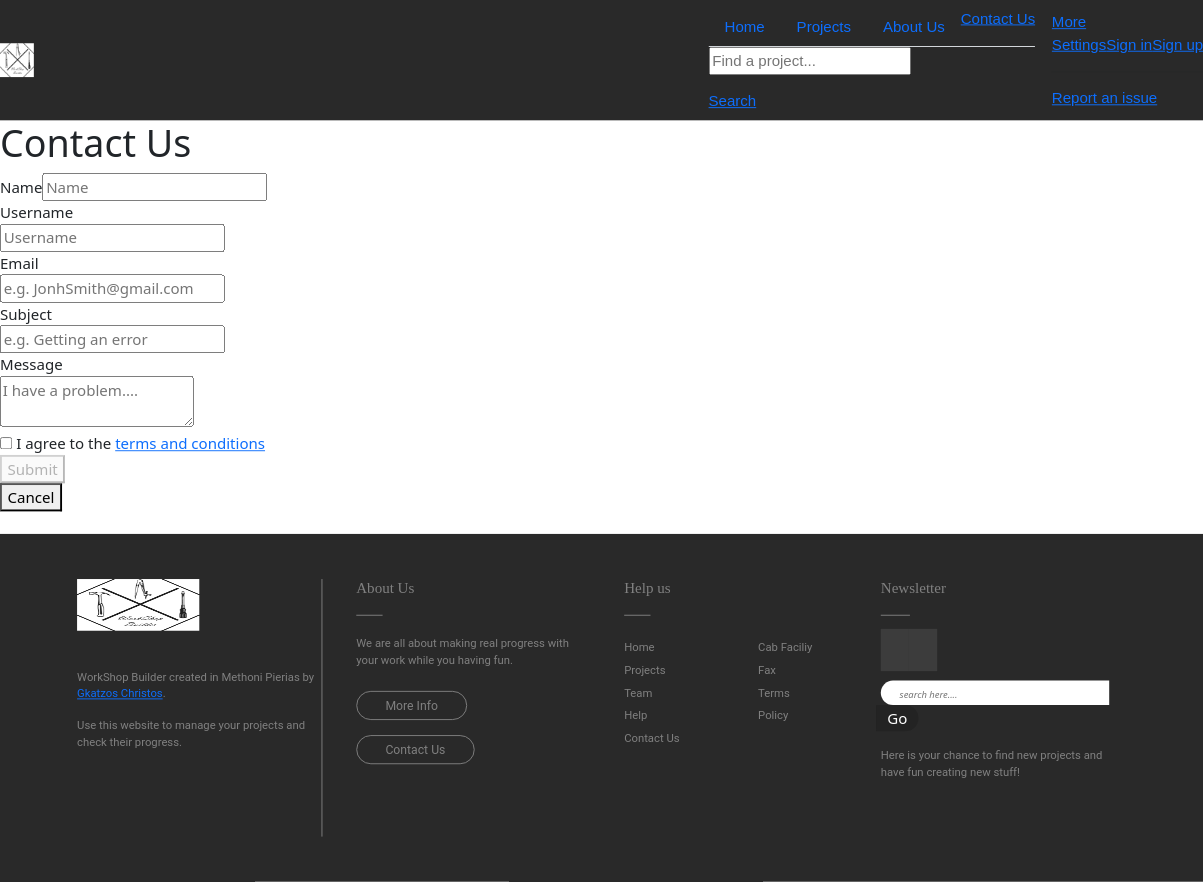
Repository: GkatzosChristos/workshop-builder-ui
Page: /contactUs (app in workshop-builder-ui/)
An editor plug-in stored every save of this project. The page is shown before and after the next save, followed by the edit.
The browser window is 1280 px wide. The pictures show the whole page, at 94% of full size.
The project was rebuilt for these pictures with package versions that can differ from the ones it lists, and the page was loaded fresh each time. Also part of the build but not shown: workshop-builder-ui/angular.json, workshop-builder-ui/src/app/about-us/about-us.component.ts, workshop-builder-ui/src/app/home/home.component.ts, workshop-builder-ui/src/app/project/project.component.ts.

Above is the page before, as saved 2021-08-27 16:40:34.

### workshop-builder-ui/src/index.html
<!doctype html>
<html lang="en">
<head>
  <meta charset="utf-8">
  <title>WorkshopBuilderUI</title>
  <base href="/">
  <meta name="viewport" content="width=device-width, initial-scale=1">
  <link rel="icon" type="image/x-icon" href="favicon.ico">
</head>

<body>
  <app-root></app-root>
</body>

</html>

### workshop-builder-ui/src/app/app.module.ts
import { NgModule } from '@angular/core';
import { BrowserModule } from '@angular/platform-browser';
import { FormsModule } from '@angular/forms';
import { AppRoutingModule } from './app-routing.module';
import { AppComponent } from './app.component';
import { HeaderComponent } from './header/header.component';
import { FooterComponent } from './footer/footer.component';
import { ContactUsComponent } from './contact-us/contact-us.component';
import { AboutUsComponent } from './about-us/about-us.component';
import { ProjectsComponent } from './project/project.component';
import { HomeComponent } from './home/home.component';

@NgModule({
  declarations: [
    AppComponent,
    HeaderComponent,
    FooterComponent,
    ContactUsComponent,
    AboutUsComponent,
    ProjectsComponent,
    HomeComponent
  ],
  imports: [
    BrowserModule,
    AppRoutingModule,
    FormsModule
  ],
  providers: [],
  bootstrap: [AppComponent]
})
export class AppModule { }

### workshop-builder-ui/src/app/app-routing.module.ts
import { NgModule } from '@angular/core';
import { RouterModule, Routes } from '@angular/router';
import { AboutUsComponent } from './about-us/about-us.component';
import { ContactUsComponent } from './contact-us/contact-us.component';
import { HomeComponent } from './home/home.component';
import { ProjectsComponent } from './project/project.component';

const routes: Routes = [
  {
    path: '',
    component: HomeComponent
  },
  {
    path: 'contactUs',
    component: ContactUsComponent
  },
  {
    path: 'aboutUs',
    component: AboutUsComponent
  },
  {
    path: 'projects',
    component: ProjectsComponent
  },
];

@NgModule({
  imports: [RouterModule.forRoot(routes)],
  exports: [RouterModule]
})
export class AppRoutingModule { }

### workshop-builder-ui/src/app/app.component.ts
import { Component } from '@angular/core';

@Component({
  selector: 'app-root',
  templateUrl: './app.component.html',
  styleUrls: ['./app.component.scss']
})
export class AppComponent {
  title = 'workshop-builder-ui';
}

### workshop-builder-ui/src/app/contact-us/contact-us.component.ts
import { Component, OnInit } from '@angular/core';
import { FormGroup } from '@angular/forms';

@Component({
  selector: 'app-contact-us',
  templateUrl: 'contact-us.html',
  styles: [
  ]
})
export class ContactUsComponent implements OnInit {
  name: string='';
  username: string='';
  email: string='';
  subject: string='';
  message: string='';


  constructor() { }

  ngOnInit(): void {
  }

  submitForm(){
    const result = `${this.name}, your submission was successful! We will contact you at ${this.email} as soon as possible!`;
    alert(result);
  }

  onReset(){
    location.reload();
  }

}

### workshop-builder-ui/src/app/header/header.component.html
<head>
    <title>header</title>
    <meta charset="utf-8">
</head>
<header>
    <nav class="navbar" role="navigation" aria-label="main navigation">
        <div class="navbar-brand">
            <a class="navbar-item" routerLink="/">
                <img src="/assets/images/workshop_logo.jpg" alt="WorkShop Builder">
            </a>
        </div>
        <div id="navbar" class="navbar-menu has-text-centered">
            <ul class="nav nav-tabs">
                <li class="nav-item">
                    <a class="nav-link" routerLink="/"><i class="fa fa-home mr-1"
                            aria-hidden="true"></i>Home</a>
                </li>
                <li class="nav-item">
                    <a class="nav-link" routerLink="/projects"><i class="fa fa-tasks mr-1"
                            aria-hidden="true"></i>Projects</a>
                </li>
                <li class="nav-item">
                    <a class="nav-link" routerLink="/aboutUs"><i class="fa fa-building mr-1"
                            aria-hidden="true"></i>About Us</a>
                </li>
                <li class="nav-item">
                    <a class="navbar-item has-text-white " routerLink="/contactUs"><i class="fa fa-envelope mr-1"
                            aria-hidden="true"></i>Contact Us</a>
                </li>
            </ul>

            <div class="control has-addons">
                <p class="control is-expanded"><input class="input" type="text" placeholder="Find a project..."></p>
            </div>
            <div class="control">
                <a class="button is-light is-outlined">
                    Search
                </a>
            </div>
        </div>
        <div class="navbar-end">
            <div class="navbar-item has-dropdown is-hoverable">
                <a class="navbar-link has-text-white">
                    More
                </a>
                <div class="navbar-dropdown is-right has-background-dark ">
                    <a class="navbar-item has-text-white" href="#"><i class="fa fa-cog mr-1"
                            aria-hidden="true"></i>Settings</a>
                    <a class="navbar-item has-text-white" href="#"><i class="fa fa-sign-in mr-1"
                            aria-hidden="true"></i>Sign in</a>
                    <a class="navbar-item has-text-white" href="#"><i class="fa fa-user-plus mr-1"
                            aria-hidden="true"></i>Sign up</a>
                    <hr class="navbar-divider">
                    <a class="navbar-item has-text-white" href="/contactUs"><i class="fa fa-exclamation-triangle mr-1"
                            aria-hidden="true"></i>Report an issue</a>
                </div>
            </div>
        </div>
    </nav>
</header>

### workshop-builder-ui/src/app/header/header.component.scss
img {
    height: 5%;
    width: 5%;
}

nav {
    background: #292929;
}

header {
    font-family: 'Signika', sans-serif;
 }

### workshop-builder-ui/src/app/footer/footer.component.html
<head>
    <title>Footer</title>
    <meta charset="utf-8">
</head>
<footer class="container-fluid bg-grey py-5">
    <div class="container">
        <div class="row">
            <div class="col-md-6">
                <div class="row">
                    <div class="col-md-6 ">
                        <div class="logo-part">
                            <img src="/assets/images/workshop_logo.jpg" class="w-50 logo-footer">
                            <p>WorkShop Builder created in Methoni Pierias by <a
                                    href="https://www.linkedin.com/in/christos-gkatzos/">Gkatzos Christos</a>.</p>
                            <p>Use this website to manage your projects and check their progress.</p>
                        </div>
                    </div>
                    <div class="col-md-6 px-4">
                        <h6> About Us</h6>
                        <p>We are all about making real progress with your work while you having fun.</p>
                        <a href="#" class="btn-footer"> More Info </a><br>
                        <a href="#" class="btn-footer"> Contact Us</a>
                    </div>
                </div>
            </div>
            <div class="col-md-6">
                <div class="row">
                    <div class="col-md-6 px-4">
                        <h6> Help us</h6>
                        <div class="row ">
                            <div class="col-md-6">
                                <ul>
                                    <li> <a href="#"> Home</a> </li>
                                    <li> <a href="#"> Projects</a> </li>
                                    <li> <a href="#"> Team</a> </li>
                                    <li> <a href="#"> Help</a> </li>
                                    <li> <a href="#"> Contact Us</a> </li>
                                </ul>
                            </div>
                            <div class="col-md-6 px-4">
                                <ul>
                                    <li> <a href="#"> Cab Faciliy</a> </li>
                                    <li> <a href="#"> Fax</a> </li>
                                    <li> <a href="#"> Terms</a> </li>
                                    <li> <a href="#"> Policy</a> </li>
                                </ul>
                            </div>
                        </div>
                    </div>
                    <div class="col-md-6 ">
                        <h6> Newsletter</h6>
                        <div class="social">
                            <a href="#"><i class="fa fa-facebook mr-1" aria-hidden="true"></i></a>
                            <a href="#"><i class="fa fa-instagram" aria-hidden="true"></i></a>
                        </div>
                        <form class="form-footer my-3">
                            <input type="text" placeholder="search here...." name="search">
                            <input type="button" value="Go">
                        </form>
                        <p>Here is your chance to find new projects and have fun creating new stuff!</p>
                    </div>
                </div>
            </div>
        </div>
    </div>
</footer>

### workshop-builder-ui/src/app/footer/footer.component.scss
body {
    font-family: 'Signika', sans-serif;
 }
 .bg-grey {
    background: #292929;
 }
 .logo-footer {
    margin-bottom: 40px;
 }
 footer {
    color: grey;
 }
 footer p, a {
    font-size: 12px;
    font-family: 'Roboto', sans-serif;
}
footer h6 {
    font-family: 'Playfair Display', serif;
    margin-bottom: 40px;
    position: relative;
}
footer h6:after {
    position: absolute;
    content: "";
    background: grey;
    width: 12%;
    height: 1px;
    left: 0;
    bottom: -20px;
}
.btn-footer {
    color: grey;
    text-decoration: none;
    border: 1px solid;
    border-radius: 43px;
    font-size: 13px;
    padding: 7px 30px;
    line-height: 47px;
 }

 .btn-footer:hover {
    text-decoration: none;
 }

.form-footer input[type="text"] {
    border: none;
    border-radius: 16px 0 0 16px;
    outline: none;
    padding-left: 10px;
}

::placeholder {
    font-size: 10px;
    padding-left: 10px;
    font-style: italic;
}

.form-footer input[type="button"] {
    border: none;
    background:#232323;
    margin-left: -5px;
    color: #fff;
    outline: none;
    border-radius: 0 16px 16px 0;
    padding: 2px 12px;
}

.social .fa {
    color: grey;
    font-size: 22px;
    padding: 10px 15px;
    background: #3c3c3c;
}

footer ul li {
    list-style: none;
    display: block;
}

footer ul  {
    padding-left: 0;
}
footer ul  li a{
    text-decoration: none;
    color: grey;
    text-decoration:none;
}

a:hover {
    text-decoration: none;
    color: #f5f5f5 !important;
}

.logo-part {
    border-right: 1px solid grey;
    height: 100%;
}

img {
    height: 20%;
    width: 20%;
}

### workshop-builder-ui/src/app/contact-us/contact-us.html
<h1 class="title has-text-centered">Contact Us</h1>
<body>
  <section>
      <form (ngSubmit)="submitForm()" #contactForm="ngForm">
        <div class="field">
        <div class="field">
          <label class="label has-text-centered">Name</label>
          <input
            class="input"
            type="text"
            name="name"
            placeholder="Name"
            [(ngModel)]="name"
            #nameInput="ngModel"
            required>
            <div class="help is-error" *ngIf="nameInput.invalid && nameInput.touched">
                <p class="help is-danger">This username is required!</p>
            </div>
            <div class="help is-error" *ngIf="nameInput.valid && nameInput.dirty">
                <p class="help is-success">This username is Availible!</p>
            </div>
        </div>
        <div class="field column is-4">
          <label class="label has-text-centered">Username</label>
          <div class="control has-icons-left has-icons-right">
            <input
              class="input"
              type="text"
              name="usename"
              placeholder="Username"
              [(ngModel)]="username"
              #usernameInput="ngModel"
              required>
            <span class="icon is-small is-left">
              <i class="fa fa-user"></i>
            </span>
            <div class="help is-error" *ngIf="usernameInput.invalid && usernameInput.touched">
                <p class="help is-danger">This username is required!</p>
            </div>
            <div class="help is-error" *ngIf="usernameInput.valid && usernameInput.dirty">
                <p class="help is-success">This username is Availible!</p>
            </div>
          </div>
        </div>

        <div class="field column is-4">
          <label class="label has-text-centered">Email</label>
          <div class="control has-icons-left">
            <input
              class="input"
              type="email"
              name="email"
              placeholder="e.g. JonhSmith@gmail.com"
              #emailInput="ngModel"
              [(ngModel)]="email"
              required
              email>
            <span class="icon is-small is-left">
              <i class="fa fa-envelope"></i>
            </span>
            <div class="help is-error is-danger" *ngIf="emailInput.invalid && emailInput.touched">
                <p class="help is-danger">The email required and must be valid!</p>
            </div>
            <div class="help is-error" *ngIf="emailInput.valid && emailInput.dirty">
                <p class="help is-success">This email is valid!</p>
            </div>
          </div>
        </div>

        <div class="field column is-4">
          <label class="label has-text-centered">Subject</label>
          <div class="control">
            <input class="input is-expand" type="text" name="subject" placeholder="e.g. Getting an error" [(ngModel)]="subject">
          </div>
        </div>

        <div class="field column is-4 ">
          <label class="label has-text-centered">Message</label>
          <div class="control">
            <textarea class="textarea" name="message" placeholder="I have a problem...." [(ngModel)]="message"></textarea>
          </div>
        </div>

        <div class="field">
          <div class="control">
            <label class="checkbox">
              <input type="checkbox"
              #checkboxInput>
              I agree to the <a href="#">terms and conditions</a>
            </label>
          </div>
        </div>

        <div class="field is-grouped mb-4 is-grouped-centered">
          <div class="control">
            <button class="button is-link" [disabled]="contactForm.invalid">Submit</button>
          </div>
          <div class="control">
            <button class="button is-link is-light" type="reset" (click)="onReset()" >Cancel</button>
          </div>
        </div>
        </div>
      </form>
  </section>
  </body>

Loaded but not shown: workshop-builder-ui/src/styles.scss (common file); workshop-builder-ui/src/main.ts (common file); workshop-builder-ui/src/environments/environment.ts (common file); workshop-builder-ui/src/app/header/header.component.ts (common file); workshop-builder-ui/src/app/footer/footer.component.ts (common file); workshop-builder-ui/src/app/app.component.html (common file); workshop-builder-ui/src/app/app.component.scss (no stored copy; drawn as an empty file); workshop-builder-ui/src/app/project/project.scss (no stored copy; drawn as an empty file)

After the next save:
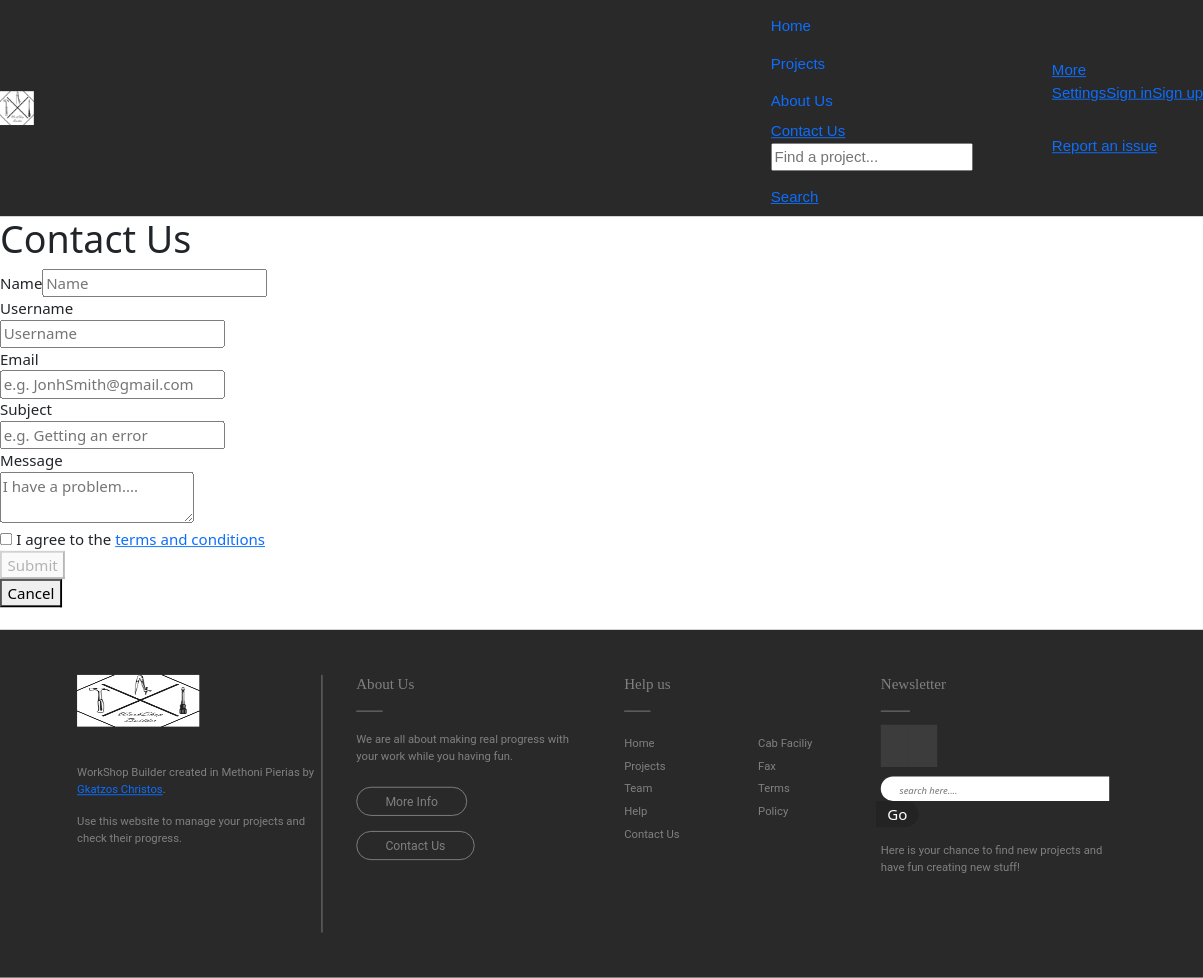
Saved 77 s later.
--- a/workshop-builder-ui/src/app/header/header.component.html
+++ b/workshop-builder-ui/src/app/header/header.component.html
@@ -10,7 +10,7 @@
             </a>
         </div>
         <div id="navbar" class="navbar-menu has-text-centered">
-            <ul class="nav nav-tabs">
+            <ul class="navbar-nav me-auto my-2 my-lg-0 navbar-nav-scroll">
                 <li class="nav-item">
                     <a class="nav-link" routerLink="/"><i class="fa fa-home mr-1"
                             aria-hidden="true"></i>Home</a>
